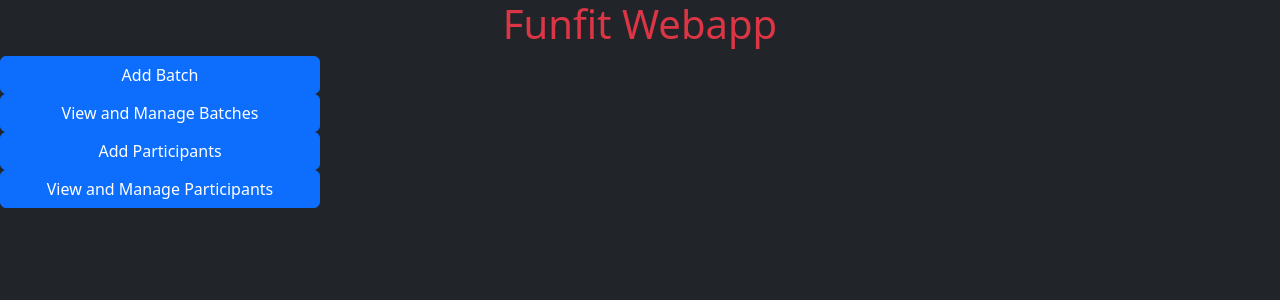
Repository: Jannis-Buschhaus/simplilearn-assessment-phase2
Page: http://localhost/FunfitWebapp/
These files come from the project's save history. The page is drawn as it stood at one moment and after the next save; the edit follows.
The browser window is 1280 px wide. The pictures show the whole page.
The page is served by Tomcat 9. Other server files are loaded and not shown.

Above is the page before, as saved 2024-05-30 14:21:05.

### FunfitWebapp/src/main/webapp/index.jsp
<%@ page language="java" contentType="text/html; charset=UTF-8"
    pageEncoding="UTF-8"%>
<%@ taglib prefix="c" uri="http://java.sun.com/jsp/jstl/core" %>
<!DOCTYPE html>
<html>
<head>
<meta charset="UTF-8">
<title>Funfit</title>
<link href="https://cdn.jsdelivr.net/npm/bootstrap@5.3.3/dist/css/bootstrap.min.css" rel="stylesheet" integrity="sha384-QWTKZyjpPEjISv5WaRU9OFeRpok6YctnYmDr5pNlyT2bRjXh0JMhjY6hW+ALEwIH" crossorigin="anonymous">
</head>
<body class="bg-dark">
	<h1 class="text-danger text-center">Funfit Webapp</h1>
	<a class="btn btn-primary w-25 text-center" href="addBatch.jsp">Add Batch</a><br />
	<a class="btn btn-primary w-25 text-center" href="BatchController">View and Manage Batches</a><br />
	<a class="btn btn-primary w-25 text-center" href="ParticipantsController?target=addParticipant">Add Participants</a><br />
	<a class="btn btn-primary w-25 text-center" href="ParticipantsController?target=viewParticipant">View and Manage Participants</a><br />
</body>
</html>

After the next save:
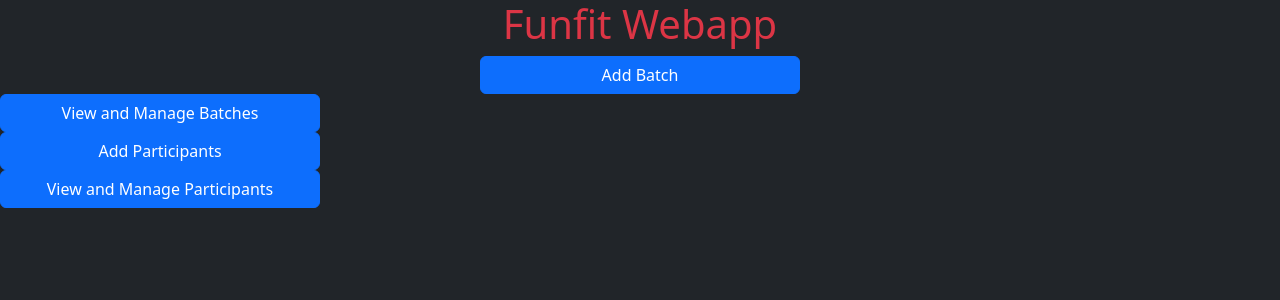
Saved 28 s later.
--- a/FunfitWebapp/src/main/webapp/index.jsp
+++ b/FunfitWebapp/src/main/webapp/index.jsp
@@ -10,7 +10,9 @@
 </head>
 <body class="bg-dark">
 	<h1 class="text-danger text-center">Funfit Webapp</h1>
-	<a class="btn btn-primary w-25 text-center" href="addBatch.jsp">Add Batch</a><br />
+	<div class="text-center">
+		<a class="btn btn-primary w-25 text-center" href="addBatch.jsp">Add Batch</a><br />
+	</div>
 	<a class="btn btn-primary w-25 text-center" href="BatchController">View and Manage Batches</a><br />
 	<a class="btn btn-primary w-25 text-center" href="ParticipantsController?target=addParticipant">Add Participants</a><br />
 	<a class="btn btn-primary w-25 text-center" href="ParticipantsController?target=viewParticipant">View and Manage Participants</a><br />
